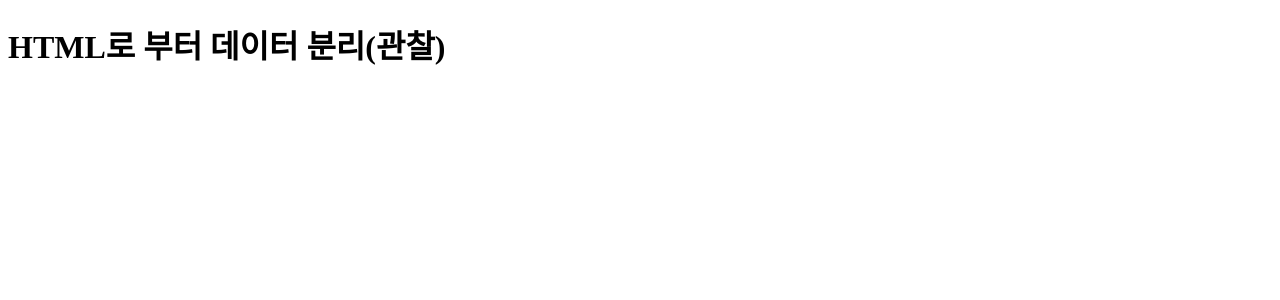
Repository: onpul/XmlStudy
Page: XmlApp03/WebContent/XmlApp03.html
The author's editor kept a copy of each file at every save. The page is drawn from the files as they stood at one save, then again after the next save.
The browser window is 1280 px wide. The pictures show the whole page.

Above is the page before, as saved 2022-06-14 03:48:58.

### XmlApp03/WebContent/XmlApp03.html
<!DOCTYPE html>
<html>
<head>
<meta charset="UTF-8">
<title>XmlApp03.html</title>
</head>
<body>

<div>
	<h1>HTML로 부터 데이터 분리(관찰)</h1>
</div>

</body>
</html>

After the next save:
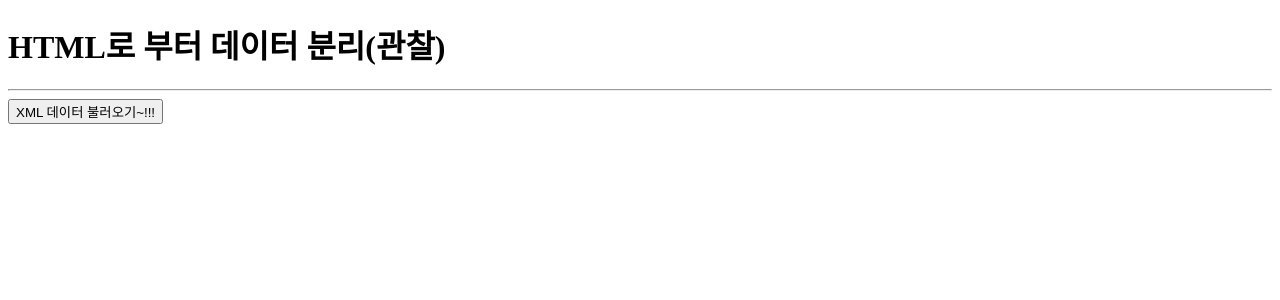
Saved 41 s later.
--- a/XmlApp03/WebContent/XmlApp03.html
+++ b/XmlApp03/WebContent/XmlApp03.html
@@ -8,6 +8,12 @@
 
 <div>
 	<h1>HTML로 부터 데이터 분리(관찰)</h1>
+	<hr />
+</div>
+
+<div>
+	<button type="button" onclick="loadDoc()">XML 데이터 불러오기~!!!</button>
+	<p id="text"></p>
 </div>
 
 </body>
